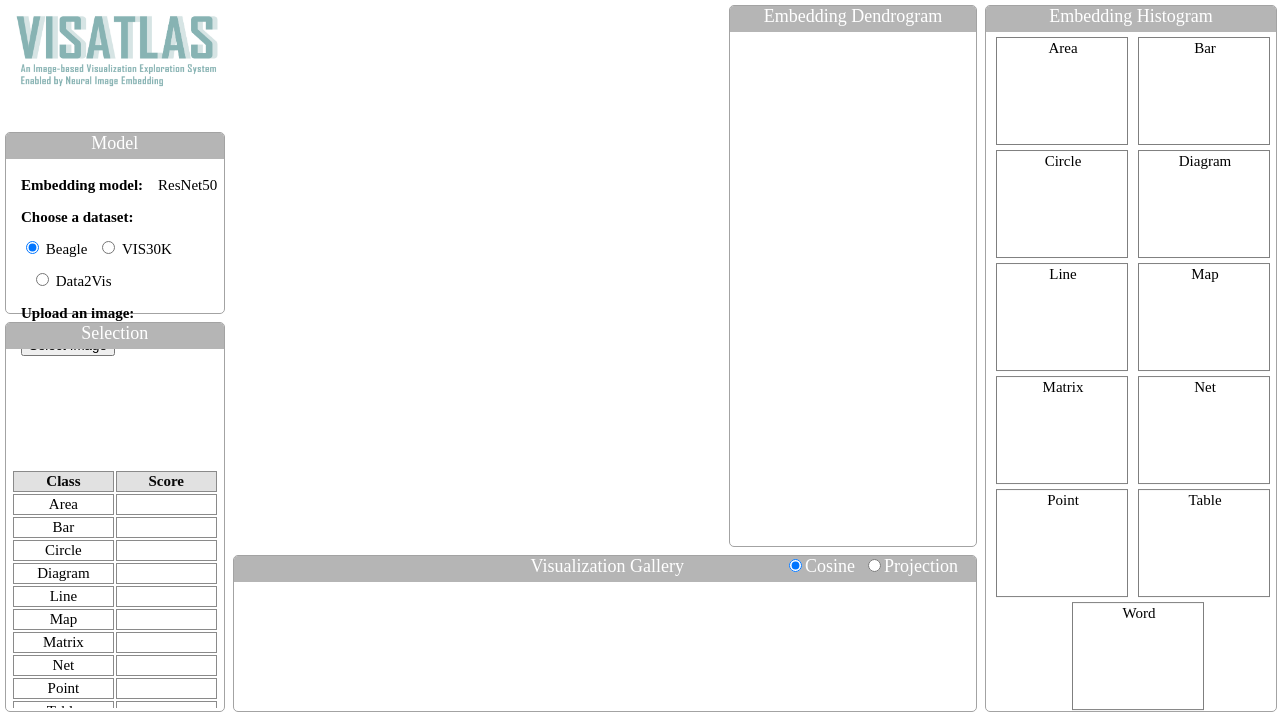
Repository: yilinye/AI_and_human_paintings
Page: / (app in VIS4AI_art/Frontend/)
These files come from the project's save history. The page is drawn as it stood at one moment and after the next save; the edit follows.
The browser window is 1280 px wide. The pictures show the whole page.
The page's requests for data from a server got no answer. The project was rebuilt for these pictures with package versions that can differ from the ones it lists, and the page was loaded fresh each time. No one was signed in, and anything a server would have sent is missing. Also part of the build but not shown: VIS4AI_art/Frontend/vite.config.js, VIS4AI_art/Frontend/vue.config.js, VIS4AI_art/Frontend/src/components/WelcomeItem.vue, VIS4AI_art/Frontend/src/components/icons/IconDocumentation.vue, VIS4AI_art/Frontend/src/components/icons/IconTooling.vue, VIS4AI_art/Frontend/src/components/icons/IconEcosystem.vue, VIS4AI_art/Frontend/src/components/icons/IconCommunity.vue, VIS4AI_art/Frontend/src/components/icons/IconSupport.vue and 2 more.

Above is the page before, as saved 2022-04-30 23:20:16.

### VIS4AI_art/Frontend/src/App.vue
<!--
 * @Author: Qing Shi
 * @LastEditTime: 2022-04-12 22:41:44
 * @Knowledge:
 * @Description:
 * @Attention:
-->

<template>
  <VisView/>
</template>

<script>
import VisView from "./views/visView.vue";

// var Event = new Vue();
export default {
    components: { VisView }
}
</script>

<style>
@import "./assets/base.css";

#app {
  height: calc(100%);
  font-weight: normal;
}

</style>

### VIS4AI_art/Frontend/src/assets/base.css
body {

  margin: 0%;
  height: 100%;
  width: 100%;
  background-color: rgb(255, 255, 255);
  overflow: hidden;
}


#titleBar {
  background: rgb(181, 181, 181);
  height: 26px;
  width: calc(100% + 0px);
  border-radius: 4px 4px 0px 0px;
  /* border: solid 1px; */
  transform: translate(0px);
  text-align: center;
  color: white;
  font-size: 18px;
}


/*chrome--------------------------------------------start*/
::-webkit-scrollbar {
  width: 8px;
  height: 8px;
}

/* Track */
::-webkit-scrollbar-track {
  background: #ffffff;
  border-radius: 8px;
}

/* Handle */
::-webkit-scrollbar-thumb {
  background: rgb(201, 201, 202);
  border-radius: 8px;
}

/* Handle on hover */
::-webkit-scrollbar-thumb:hover {
  background: rgb(162, 162, 163);
}

.el-menu::-webkit-scrollbar,
.el-table__body-wrapper::-webkit-scrollbar {
  display: none;
}

.el-menu:hover::-webkit-scrollbar,
.el-table__body-wrapper:hover::-webkit-scrollbar {
  display: block;
}

/*chrome--------------------------------------------end*/

### VIS4AI_art/Frontend/src/views/visView.vue
<template>
  <div style="height:100%;width:100%;">
    <!-- System Logo -->
    <div id="logoView">
      <img
        src="../assets/logo.png"
        alt=""
        style="width: 100%; height=auto;"
      >
    </div>
    <!-- Model -->
    <div id="modelView">
      <ModelView
        @getFilePath="getFilePath"
        @queryNode="updateQuery"
      />
    </div>
    <!-- Selection -->
    <div id="selectView">
      <SelectView />
    </div>
    <!-- Main View -->
    <div id="mainView">
      <MainView
        ref="mainV"
        @updateTree="updateTree"
        @updateGallery="updateGallery"
      />
    </div>
    <!-- Embedding Dendrogram -->
    <div id="dendrogramView">
      <DendrogramView ref="dendrogram" />
    </div>
    <!-- Embedding Histogram -->
    <div id="histogramView">
      <HistogramView @updateTree="updateTree" />
    </div>
    <!-- Visualization Gallery -->
    <div id="galleryView">
      <GalleryView
        ref="gallery"
        @updateGType="updateType"
        @updateSelectNode="updateSelectNode"
      />
    </div>
  </div>
</template>

<script>
import * as d3 from 'd3';
import SelectView from "../components/selectView.vue";
import MainView from "../components/mainView.vue";
import DendrogramView from "../components/dendrogramView.vue";
import HistogramView from "../components/histogramView.vue";
import GalleryView from "../components/galleryView.vue";
import ModelView from "../components/modelView.vue";
export default {
  components: { SelectView, MainView, DendrogramView, HistogramView, GalleryView, ModelView },
  data () {
    return {
      //! init file path
      pth: { filePath: "/src/visData/Beagle reorder.csv" },

      // pth: { filePath: "/src/visData/data2vis reorder.csv" },
    }
  },
  provide () {
    //! we need provide an object, which can watch by other components
    return {
      fileP: this.pth,
    }
  },
  methods: {
    /**
     * @description: change file path from model view's <input>
     * @param {String} val file path from model
     * @return {*} none
     */
    getFilePath: function (val) {
      this.pth.filePath = val;
      this.fileP = this.pth;
    },
    /**
     * @description: change dendrogram view's tree
     * @param {Array} treeData data of the tree
     * @param {Int} sumTree Number of all selected elements
     * @return {*}
     */
    updateTree (treeData, sumTree) {
      this.$refs.dendrogram.drawTree(treeData, sumTree);
    },
    /**
     * @description: change the gallery using new selected element data
     * @param {Array} data
     * @return {*}
     */
    updateGallery (data) {
      this.$refs.gallery.setCloseNode(data);
    },
    /**
     * @description: change gallery type (Cosine or Projection)
     * @param {*} data Calculation method of distance (Cosine or Projection)
     * @return {*}
     */
    updateType (data) {
      this.$refs.mainV.setGalleryType(data);
    },
    /**
     * @description: set a new selected node to refresh the system
     * @param {*} data selected element (node) data
     * @return {*}
     */
    updateSelectNode (data) {
      this.$refs.mainV.setSelectNode(data);
    },
    /**
     * @description: query a new Picture
     * @param {*} data new picture information which from model view
     * @return {*}
     */
    updateQuery (data) {
      this.$refs.mainV.setQuery(data);
    }
  }
}
</script>

<style>
#logoView {
  position: absolute;
  left: 5px;
  top: 5px;
  /* height: 17%; */
  width: 17%;
  margin-left: 5px;
  /* border: solid 1px rgb(163, 163, 163); */
}

#modelView {
  /* margin-left: 5px; */
  position: absolute;
  left: 5px;
  top: calc(17% + 5px + 5px);
  height: 25%;
  width: 17%;
  border: solid 1px rgb(163, 163, 163);
  border-radius: 5px;
}

#selectView {
  position: absolute;
  left: 5px;
  top: calc(42% + 15px + 5px);
  height: calc(58% - 30px);
  width: 17%;
  border: solid 1px rgb(163, 163, 163);
  border-radius: 5px;
}

#mainView {
  position: absolute;
  left: calc(15px + 17%);
  top: calc(5px);
  height: calc(75%);
  width: calc(38%);
  /* border: solid 1px rgb(163, 163, 163);
  border-radius: 5px; */
}

#dendrogramView {
  position: absolute;
  left: calc(25px + 55%);
  top: calc(5px);
  height: calc(75%);
  width: calc(20% - 10px);
  border: solid 1px rgb(163, 163, 163);
  border-radius: 5px;
}

#galleryView {
  position: absolute;
  left: calc(15px + 17%);
  top: calc(15px + 75%);
  height: calc(25% - 25px);
  width: calc(58%);
  border: solid 1px rgb(163, 163, 163);
  border-radius: 5px;
}

#histogramView {
  position: absolute;
  left: calc(25px + 75%);
  top: calc(5px);
  height: calc(100% - 15px);
  width: calc(25% - 30px);
  border: solid 1px rgb(163, 163, 163);
  border-radius: 5px;
}
</style>

### VIS4AI_art/Frontend/src/components/selectView.vue
<!--
 * @Author: Qing Shi
 * @LastEditTime: 2022-04-30 20:52:22
 * @Knowledge:
 * @Description:
 * @Attention:
-->
<template>
  <div style="height: 100%">
    <div id="titleBar">
      {{ viewName }}
    </div>
    <div id="selectPic">
      <div
        v-if="isChoose"
        id="isChoose"
      >
        <img
          id="nodePic"
        >
      </div>
    </div>
    <div id="selectTable">
      <table style="width:calc(100% - 10px);text-align: center;margin-top:2px;height:calc(100% - 10px);margin-bottom:5px;margin-left:5px; margin-right: 5px;">
        <tr style="height:calc(8% - 30px)">
          <th>Class</th>
          <th>Score</th>
        </tr>
        <tr
          v-for="item in items"
          :key="item.className"
          style="height:calc(8% - 30px)"
        >
          <td>{{ item.className }}</td>
          <td :id="item.className+'Table'">{{ item.classScore }}</td>
        </tr>
      </table>
    </div>
  </div>
</template>

<script>
export default {
  data () {
    return {
      viewName: "Selection",
      isChoose: true,
      picPath: "/src/assets/logo.svg",
      items: {
        Area: { className: "Area", classScore: "" },
        Bar: { className: "Bar", classScore: "" },
        Circle: { className: "Circle", classScore: "" },
        Diagram: { className: "Diagram", classScore: "" },
        Line: { className: "Line", classScore: "" },
        Map: { className: "Map", classScore: "" },
        Matrix: { className: "Matrix", classScore: "" },
        Net: { className: "Net", classScore: "" },
        Point: { className: "Point", classScore: "" },
        Table: { className: "Table", classScore: "" },
        Word: { className: "Word", classScore: "" },
      }
    }
  }
}
</script>

<style>
#selectPic {
  height: 30%;
  width: 100%;
}
#isChoose {
  text-align: center;
  margin-top: 1px;
  margin-left: 6px;
  margin-right: 6px;
  margin-bottom: 2px;
  height: 100%;
  display: flex;
  flex-direction: column;
  justify-content: center;
  align-items: center;
}
#selectTable {
  height: calc(70% - 30px);
  width: 100%;
  overflow: auto;
  /* background-color: #000000; */
}

th {
  text-align: middle;
  /* padding-left: 45px; */
  /* border-bottom: 1px solid #ddd; */
  border: 1px solid rgb(138, 138, 138);
  /* background-color: white; */
  background-color: rgb(225, 225, 225);
  color: rgb(7, 7, 7);
  font-size: 15px;
  /* color: white; */
}

td {
  text-align: middle;
  /* padding-left: 45px; */
  width: 50%;
  /* border-bottom: 1px solid #ddd; */
  border: 1px solid rgb(138, 138, 138);
  font-size: 15px;
  color: black;
  /* height: 100% */
}

/* tr {
  height: calc(100%)
} */

tr:hover {
  background-color: rgb(231, 164, 179);
}
</style>

### VIS4AI_art/Frontend/src/components/histogramView.vue
<!--
 * @Author: Qing Shi
 * @LastEditTime: 2022-04-30 22:58:17
 * @Knowledge:
 * @Description:
 * @Attention:
-->
<template>
  <div>
    <div id="titleBar">
      {{ viewName }}
    </div>
    <div id="mainHistogram">
      <div
        v-for="(ty, index) in typeName"
        :key="ty"
        :id="'His' + ty"
        v-bind:style="{ border: 'solid 1px rgba(0, 0, 0, 0.5)', width: wd, height:hs, position: 'absolute', left: '10px', transform: 'translate(' + (index == 10 ? 'calc(50% + 10px)' : index % 2 ? 'calc(100% + 10px)' : '0') + ',' + 'calc(' + ((Math.floor(index / 2)) * 100) + '% + ' + ((Math.floor(index / 2)) * 5) + 'px' + ' + 5px)' + ')' }"
      >

      </div>
    </div>
  </div>
</template>

<script>
import * as d3 from 'd3';
import { dataService } from '../service';
export default {
  mounted () {
    // dataService.fetchData({ 'filePath': this.fileP.filePath }, fileData => {
    //   console.log(11111);

    //   // this.drawHistogram(fileData.data.data, this.typeName);
    // });
    this.typeName.forEach(d => {
      this.createSVG(d);
    })

    this.drawHistogram(this.fileP.filePath, this.typeName);
  },
  data () {
    return {
      viewName: "Embedding Histogram",
      typeName: ["Area", "Bar", "Circle", "Diagram", "Line", "Map", "Matrix", "Net", "Point", "Table", "Word"],
      hs: "calc(16.6% - 11px)",
      wd: "calc(50% - 15px)",
      selectType: '',
      xAxis: undefined,
      yAxis: {},
      hisWidth: 0,
      hisHeight: 0,
      levelCluster: {
        "Beagle": ['Circle', 'Map', 'Line', 'Area', 'Bar', 'Net', 'Point', 'Diagram', 'Matrix', 'Table', 'Word'],
        "VIS": ["Map", "Circle", "Bar", "Point", "Line", "Diagram", "Matrix", "Net", "Area", "Table", "Word"],
        "Data": ["Area", "Line", "Bar", "Point"]
      },

    };
  },
  inject: ['fileP'], // get file path from visView.vue
  methods: {
    /**
     * @description: create svg for every histogram
     * @param {*} hisType Feature
     * @return {*}
     */
    createSVG: function (hisType) {
      d3.select("#" + hisType + 'Svg').remove();
      const hisHeight = document.getElementById(('His' + hisType)).offsetHeight;
      const hisWidth = document.getElementById(('His' + hisType)).offsetWidth;
      this.hisHeight = hisHeight;
      this.hisWidth = hisWidth;
      d3.select('#His' + hisType)
        .append('svg')
        .attr('id', hisType + 'Svg')
        .attr('width', hisWidth)
        .attr('height', hisHeight)
      d3.select('#' + hisType + 'Svg')
        .append('text')
        .text(hisType)
        .attr('font-size', 15)
        .attr('text-anchor', 'middle')
        .attr('y', 15)
        .attr('x', hisWidth / 2)
    },
    /**
     * @description: data processing and use function
     * @param {String} filePath: which file will be used, selected in modelView.vue
     * @param {Array} hisTypeArray: Feature Group
     * @return {*}
     */
    drawHistogram: function (filePath, hisTypeArray) {
      d3.csv(filePath).then((fileData) => {
        hisTypeArray.forEach(hisType => {
          // index name need small letters
          let hisTag = hisType.toLowerCase();
          const hisData = new Object();
          for (let i = 0; i < fileData.length; ++i) {
            let indexNum = Math.floor(parseFloat(fileData[i][hisTag]) * 10);
            if (indexNum == 10) indexNum--; // let 1 to 0.9 ~ 1
            if (indexNum == 0) continue;
            if (typeof (hisData[indexNum]) == 'undefined') {
              hisData[indexNum] = { cnt: 0, items: [] };
            }
            hisData[indexNum].cnt++;
            hisData[indexNum].items.push(fileData[i]);
          }

          // remove old View
          d3.select("#his_g_" + hisType).remove();
          // define new View
          d3.select("#" + hisType + "Svg")
            .append('g')
            .attr("id", "his_g_" + hisType);

          this.drawRectAndAxis(hisData, hisType);
          this.drawSelectRect(hisData, hisType);
          this.RectBrush(hisData, hisType);
          // this.allHisData[hisType] = hisData;
          // d3.select("#selCircle8").transition().duration(2000).attr('y', 20).attr("height", 70);
        })
      });
    },
    /**
     * @description: draw bar charts and x/y axises
     * @param {Array} hisData bar chart data
     * @param {String} hisType Feature
     * @return {*}
     */
    drawRectAndAxis: function (hisData, hisType) {
      // remove old View
      d3.select("#his_rect_g_" + hisType).remove();
      // define new View
      const his_g = d3.select("#his_g_" + hisType)
        .append('g')
        .attr("id", "his_rect_g_" + hisType);

      const hisArray = new Array();

      for (let i in hisData)
        hisArray.push(hisData[i].cnt);

      const xAxis = d3.scaleLinear()
        .domain([0.1, 1.0])
        .range([0, this.hisWidth - 60])
      const yAxis = d3.scaleLinear()
        .domain([0, d3.max(hisArray)])
        .range([this.hisHeight - 42, 0]);
      this.xAxis = xAxis;
      this.yAxis[hisType] = yAxis;

      his_g.append('g')
        .selectAll("#hisRect" + hisType)
        .attr('id', "hisRect" + hisType)
        .data(hisArray)
        .enter()
        .append('rect')
        .attr("dmax", d3.max(hisArray))
        .attr('x', (d, i) => {
          return this.xAxis((i + 1) / 10) + 45 + 5;
        })
        .attr('y', (d, i) => {
          return this.yAxis[hisType](d) + 20;
        })
        .attr('height', d => {
          return this.hisHeight - 42 - this.yAxis[hisType](d)
        })
        .attr('width', 10)
        .attr('fill', "rgb(198, 198, 198)");
      // draw Axis
      his_g.append('g')
        .call(d3.axisBottom(xAxis).ticks(5))
        .attr("transform", `translate(${45}, ${this.hisHeight - 22})`);
      his_g.append('g')
        .call(d3.axisLeft(yAxis).ticks(5))
        .attr("transform", `translate(${45}, ${20})`);
    },
    /**
     * @description: draw bar charts which be select. I draw them without height. When I select some data, I will change the height of them.
     * @param {*} hisData bar chart data
     * @param {*} hisType Feature
     * @return {*}
     */
    drawSelectRect: function (hisData, hisType) {
      // remove old View
      d3.select("#his_sel_g_" + hisType).remove();
      // define new View
      const his_g = d3.select("#his_g_" + hisType)
        .append('g')
        .attr("id", "his_sel_g_" + hisType);

      const hisArray = new Array();
      for (let i in hisData)
        hisArray.push(hisData[i].cnt);
      // console.log()
      his_g.append('g')
        .selectAll("#hisSelRect" + hisType)
        .attr('id', "hisSelRect" + hisType)
        .data(hisArray)
        .enter()
        .append('rect')
        .attr("dmax", this.yAxis[hisType].domain()[1])
        .attr("hisHeight", this.hisHeight)
        .attr("id", (d, i) => {
          return "sel" + hisType + (i + 1);
        })
        .attr('x', (d, i) => {
          return this.xAxis((i + 1) / 10) + 40;
        })
        .attr('y', (d, i) => {
          return this.hisHeight - 20;
        })
        .attr('height', d => {
          return 0;
        })
        .attr('width', 10)
        .attr('fill', "orange");
    },
    /**
     * @description: a brush. Select areas in the bar chart
     * @param {*} hisData bar chart data
     * @param {*} hisType Feature
     * @return {*}
     */
    RectBrush (hisData, hisType) {
      let _this = this;
      const hisArray = new Array();
      for (let i in hisData)
        hisArray.push(hisData[i].cnt);
      const brush = d3.brush()
        .extent([
          [30, 15],
          [_this.hisWidth - 5, _this.hisHeight - 10]
        ])
        .on('start', function ({ selection }) {
          if (selection != null) {
            d3.select('#brush_rect').remove();
          }
        })
        // .on('brush', brushing)
        .on('end', brushed);
      // console.log(hisData)
      const brush_g = d3.select("#his_g_" + hisType)
        .append('g')
        .attr('id', 'brush_g' + hisType)
        .call(brush);

      // I really don't like programing this function, but it's the method which can clear the brush.
      function brushed ({ selection }) {
        if (selection != null) {
          const [
            [x0, y0],
            [x1, y1]
          ] = selection;
          d3.select('#his_g_' + hisType)
            .append("rect")
            .attr('id', 'brush_rect')
            .attr('x', x0)
            .attr('y', y0)
            .attr('width', x1 - x0)
            .attr('height', y1 - y0)
            .attr('fill', 'white')
            .attr('fill-opacity', 0)
            .attr('stroke', '#2378ae')
            .attr('stroke-dasharray', '4, 4')
            .attr('stroke-width', 3);

          let levelType = undefined;
          let pidScatter = {};

        let filePath = _this.fileP.filePath;
        if (filePath[13] == 'B') {
          levelType = _this.levelCluster["Beagle"];
        }

        if (filePath[13] == 'V') {
          levelType = _this.levelCluster["VIS"];
        }

        if (filePath[13] == 'D') {
          levelType = _this.levelCluster["Data"];
        }
          let treeCnt = {};
          levelType.forEach(d => {
            treeCnt[d.toLowerCase()] = {
              value: 0,
              id: d
            }
          })
          let selectData = {};
          _this.typeName.forEach(d => {
            selectData[d] = {};
            for (let i = 1; i <= 9; ++i)
              selectData[d][i] = { cnt: 0 };
          })
          for (let i = 0; i < 9; ++i) {
            if (x0 < _this.xAxis((i + 1) / 10) + 40 + 6 && _this.xAxis((i + 1) / 10) + 40 + 6 < x1) {
              hisData[i + 1].items.forEach(d => {
                pidScatter[d.pid] = 1;
                // d3.select("#rad_cir" + d.pid).attr('opacity', 1).attr('r', 4);
                _this.typeName.forEach(hisTag => {
                  let indexNum = Math.floor(parseFloat(d[hisTag.toLowerCase()]) * 10);
                  if (indexNum == 10) indexNum--; // let 1 to 0.9 ~ 1
                  if (indexNum != 0) {
                    selectData[hisTag][indexNum].cnt++;
                  }
                })
                treeCnt[d['class']].value++;
              })
            }
          }
          d3.selectAll('.rad_cir')
            .attr('r', d => {
              return pidScatter[d.pid] == 1 ? 2 : 0;
            })
          for (let i in selectData) {
            for (let j in selectData[i]) {
              d3.select("#sel" + i + (j))
                .transition().duration(1000)
                .attr('y', _this.yAxis[i](selectData[i][j].cnt) + 20)
                .attr("height", _this.hisHeight - 42 - _this.yAxis[i](selectData[i][j].cnt));
            }
          }
          let treeData = [];
          let sumTree = 0;
          for (let i in treeCnt) {
            if (treeCnt[i].value > 0) {
              treeData.push({
                value: treeCnt[i].value,
                id: treeCnt[i].id.toLowerCase(),
                top: sumTree
              });
              sumTree += treeCnt[i].value;
            }
          }
          _this.updateTree(treeData, sumTree);
          // clear brush
          d3.select(this).call(brush.move, null);
        }
      }
    },
    /**
     * @description: update Dendrogram
     * @param {Array} treeData data of the tree
     * @param {Int} sumTree Number of all selected elements
     * @return {*}
     */
    updateTree (treeData, sumTree) {
      this.$emit('updateTree', treeData, sumTree);
    }
  },
  watch: {
    fileP: {
      handler (newValue, oldValue) {
        console.log(newValue)
        this.drawHistogram(this.fileP.filePath, this.typeName);
      },
      deep: true
    }
  }
}
</script>

<style>
#mainHistogram {
  height: calc(100% - 30px);
  width: calc(100%);
  /* background-color: #000; */
}
.selection {
  fill: none;
  stroke: #2378ae;
  stroke-width: 3;
  stroke-dasharray: 4, 4;
}
</style>

### VIS4AI_art/Frontend/src/components/galleryView.vue
<template>
  <div style="width: 100%; height: 100%;">
    <div id="titleBar">
      <span style="position: absolute; left: 40%;">{{ viewName }}</span>
      <span style="float: right">
        <form
          id="select-distance"
          style="margin-top:0;margin-right:18px"
        >

          <input
            type="radio"
            id="metricChoice1"
            name="contact"
            value="cosine"
            checked="checked"
            @click="updateType('Cosine')"
          >
          <label for="metricChoice1">Cosine</label>

          <input
            type="radio"
            id="metricChoice2"
            name="contact"
            value="radviz"
            style="margin-left:13px;padding-top:50%;"
            @click="updateType('Projection')"
          >
          <label for="metricChoice2">Projection</label>

        </form>
      </span>

    </div>
    <div id="nodeGallery">
      <div style="height: 100%; white-space: nowrap;">
        <div
          v-for="(item, index) in closeNode"
          :key="index"
          class="closeNode"
        >
          <img
            :src="'/src/assets' + item.path.slice(1)"
            alt=""
            :pid="item.pid"
            style="height:100%;"
            @click="updateSelectNode(item)"
          >
        </div>
      </div>
    </div>
  </div>
</template>

<script>
export default {
  data () {
    return {
      viewName: "Visualization Gallery",
      closeNode: []
    }
  },
  methods: {
    /**
     * @description: set the closeNode
     * @param {Array} data picture information from visView.vue
     * @return {*}
     */
    setCloseNode (data) {
      // console.log(data);
      this.closeNode = data;
    },
    /**
     * @description: change the gallery type
     * @param {String} data Cosine / Projection
     * @return {*}
     */
    updateType (data) {
      // console.log(data)
      this.$emit('updateGType', data);
    },
    /**
     * @description: select a picture and upload information
     * @param {*} data data bound to the picture
     * @return {*}
     */
    updateSelectNode (data) {
      this.$emit("updateSelectNode", data);
    }
  }
}
</script>

<style>
#nodeGallery {
  overflow-x: scroll;
  overflow-y: hidden;
  width: 100%;
  height: calc(100% - 30px);
}
.closeNode {
  /* position: absolute; */
  /* width: 20%; */
  height: calc(100% - 20px);
  /* padding-bottom: 50%; */
  /* position: fixed; */
  margin-top: 10px;
  margin-bottom: 10px;
  border: solid 1px rgba(0, 0, 0, 0.5);
  margin-left: 5px;
  margin-right: 5px;
  /* float: left; */
  white-space: normal;
  display: inline-block;
  /* display: flex; */
  flex-direction: column;
  justify-content: center;
  align-items: center;
}
</style>

Loaded but not shown: VIS4AI_art/Frontend/index.html (common file); VIS4AI_art/Frontend/src/service/modules/dataService.js (24 lines, source omitted); VIS4AI_art/Frontend/src/router/index.js (21 lines, source omitted); VIS4AI_art/Frontend/src/main.js (11 lines, source omitted); VIS4AI_art/Frontend/src/service/index.js (1 lines, source omitted); VIS4AI_art/Frontend/src/components/mainView.vue (851 lines, source omitted); VIS4AI_art/Frontend/src/components/dendrogramView.vue (279 lines, source omitted); VIS4AI_art/Frontend/src/components/modelView.vue (167 lines, source omitted)

After the next save:
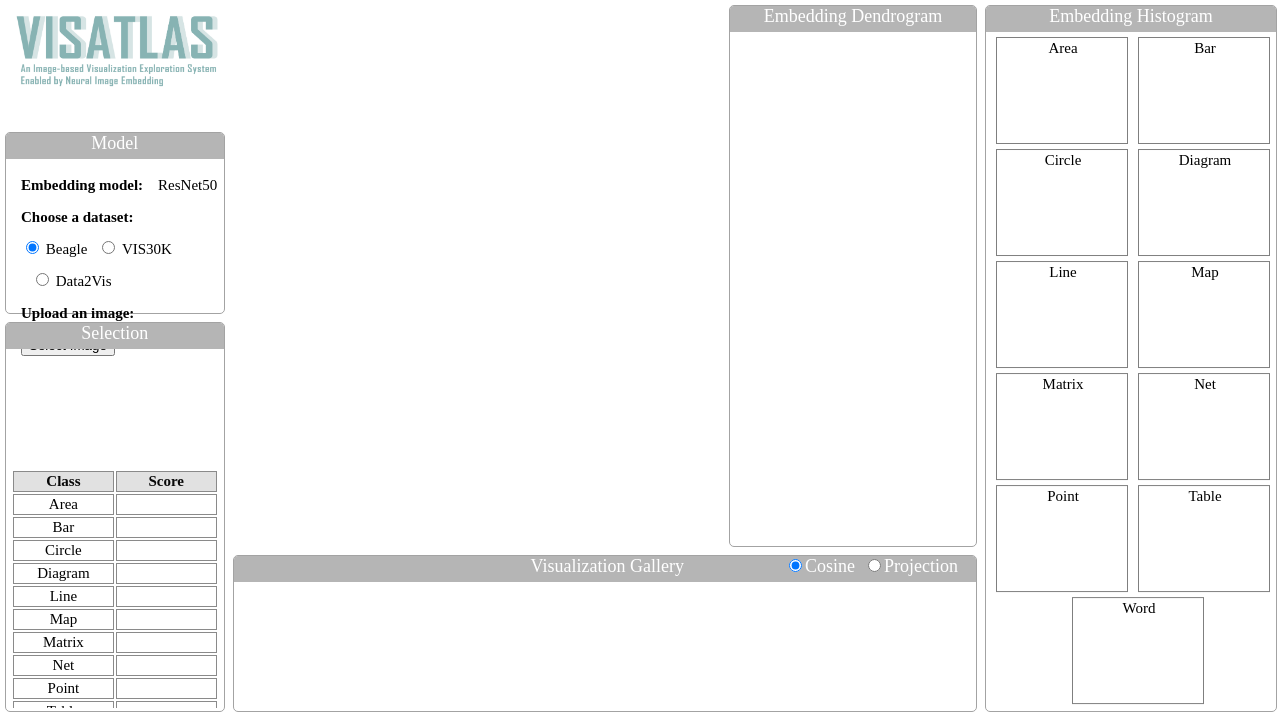
Saved 30 s later.
--- a/VIS4AI_art/Frontend/src/components/histogramView.vue
+++ b/VIS4AI_art/Frontend/src/components/histogramView.vue
@@ -1,6 +1,6 @@
 <!--
  * @Author: Qing Shi
- * @LastEditTime: 2022-04-30 22:58:17
+ * @LastEditTime: 2022-04-30 23:20:46
  * @Knowledge:
  * @Description:
  * @Attention:
@@ -43,7 +43,7 @@ export default {
     return {
       viewName: "Embedding Histogram",
       typeName: ["Area", "Bar", "Circle", "Diagram", "Line", "Map", "Matrix", "Net", "Point", "Table", "Word"],
-      hs: "calc(16.6% - 11px)",
+      hs: "calc(16.6% - 12px)",
       wd: "calc(50% - 15px)",
       selectType: '',
       xAxis: undefined,
